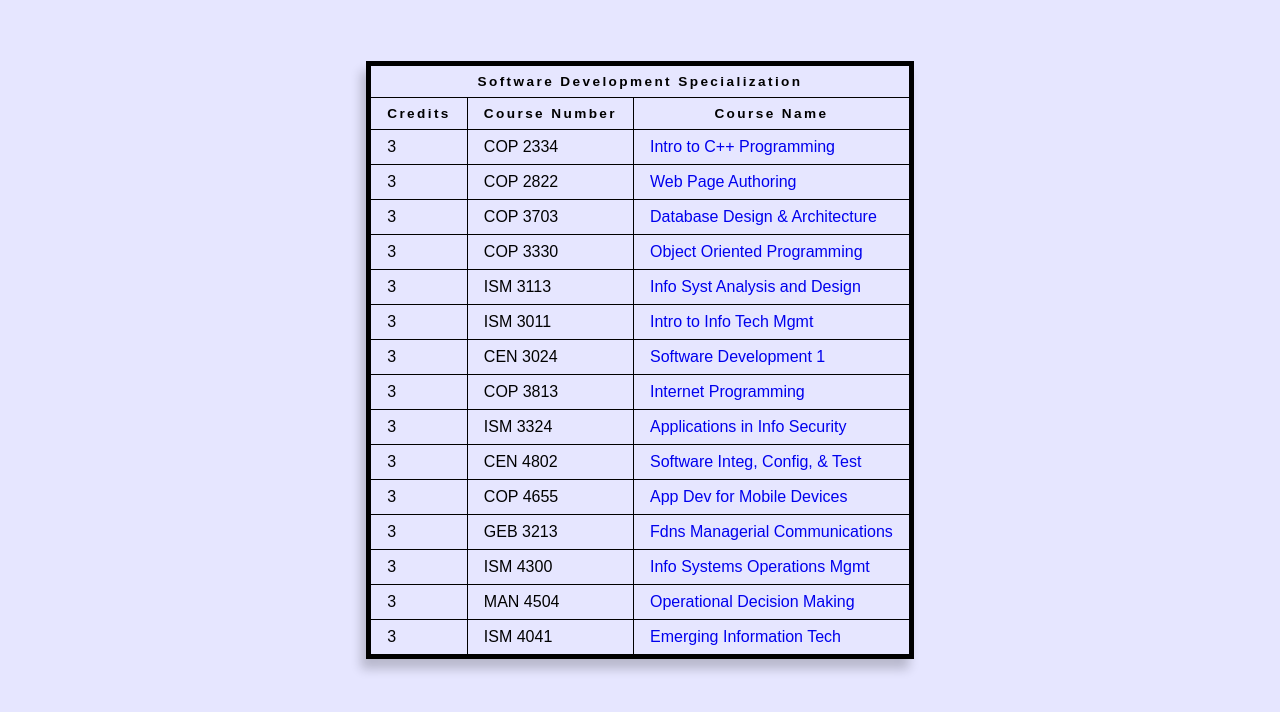
Repository: mlmEFSC21/P5-DegreeTableStyling
Page: FormattedProgramSpecialization3.html
An editor plug-in stored every save of this project. The page is shown before and after the next save, followed by the edit.
The browser window is 1280 px wide. The pictures show the whole page.
Some web fonts or font styles are not loaded; a fallback is used.

Above is the page before, as saved 2022-02-07 15:34:47.

### FormattedProgramSpecialization3.html
<!DOCTYPE html>
<html lang="en">
    <head>
        <meta charset="UTF-8" />
        <meta http-equiv="X-UA-Compatible" content="IE=edge" />
        <meta name="viewport" content="width=device-width, initial-scale=1.0" />
        <link rel="stylesheet" href="tableStyles.css" />
        <title>Degree Specialization Table</title>
    </head>
    <body>
        <table>
            <thead>
                <tr class="tableTitle">
                    <th colspan="3">Software Development Specialization</th>
                </tr>
                <tr class="colTitles">
                    <th>Credits</th>
                    <th>Course Number</th>
                    <th>Course Name</th>
                </tr>
            </thead>
            <tbody>
                <tr>
                    <td>3</td>
                    <td>COP 2334</td>
                    <td>
                        <a
                            href="https://bannerweb.easternflorida.edu/prod/bwckctlg.p_disp_course_detail?cat_term_in=202210&subj_code_in=COP&crse_numb_in=2334"
                            >Intro to C++ Programming</a
                        >
                    </td>
                </tr>
                <tr>
                    <td>3</td>
                    <td>COP 2822</td>
                    <td>
                        <a
                            href="https://bannerweb.easternflorida.edu/prod/bwckctlg.p_disp_course_detail?cat_term_in=202210&subj_code_in=COP&crse_numb_in=2822"
                            >Web Page Authoring</a
                        >
                    </td>
                </tr>
                <tr>
                    <td>3</td>
                    <td>COP 3703</td>
                    <td>
                        <a
                            href="https://bannerweb.easternflorida.edu/prod/bwckctlg.p_disp_course_detail?cat_term_in=202210&subj_code_in=COP&crse_numb_in=3703"
                            >Database Design & Architecture</a
                        >
                    </td>
                </tr>
                <tr>
                    <td>3</td>
                    <td>COP 3330</td>
                    <td>
                        <a
                            href="https://bannerweb.easternflorida.edu/prod/bwckctlg.p_disp_course_detail?cat_term_in=202210&subj_code_in=COP&crse_numb_in=3330"
                            >Object Oriented Programming</a
                        >
                    </td>
                </tr>
                <tr>
                    <td>3</td>
                    <td>ISM 3113</td>
                    <td>
                        <a
                            href="https://bannerweb.easternflorida.edu/prod/bwckctlg.p_disp_course_detail?cat_term_in=202210&subj_code_in=ISM&crse_numb_in=3113"
                            >Info Syst Analysis and Design</a
                        >
                    </td>
                </tr>
                <tr>
                    <td>3</td>
                    <td>ISM 3011</td>
                    <td>
                        <a
                            href="https://bannerweb.easternflorida.edu/prod/bwckctlg.p_disp_course_detail?cat_term_in=202210&subj_code_in=ISM&crse_numb_in=3011"
                            >Intro to Info Tech Mgmt</a
                        >
                    </td>
                </tr>
                <tr>
                    <td>3</td>
                    <td>CEN 3024</td>
                    <td>
                        <a
                            href="https://bannerweb.easternflorida.edu/prod/bwckctlg.p_disp_course_detail?cat_term_in=202210&subj_code_in=CEN&crse_numb_in=3024"
                            >Software Development 1</a
                        >
                    </td>
                </tr>
                <tr>
                    <td>3</td>
                    <td>COP 3813</td>
                    <td>
                        <a
                            href="https://bannerweb.easternflorida.edu/prod/bwckctlg.p_disp_course_detail?cat_term_in=202210&subj_code_in=COP&crse_numb_in=3813"
                            >Internet Programming</a
                        >
                    </td>
                </tr>
                <tr>
                    <td>3</td>
                    <td>ISM 3324</td>
                    <td>
                        <a
                            href="https://bannerweb.easternflorida.edu/prod/bwckctlg.p_disp_course_detail?cat_term_in=202210&subj_code_in=ISM&crse_numb_in=3324"
                            >Applications in Info Security</a
                        >
                    </td>
                </tr>
                <tr>
                    <td>3</td>
                    <td>CEN 4802</td>
                    <td>
                        <a
                            href="https://bannerweb.easternflorida.edu/prod/bwckctlg.p_disp_course_detail?cat_term_in=202210&subj_code_in=CEN&crse_numb_in=4802"
                            >Software Integ, Config, & Test</a
                        >
                    </td>
                </tr>
                <tr>
                    <td>3</td>
                    <td>COP 4655</td>
                    <td>
                        <a
                            href="https://bannerweb.easternflorida.edu/prod/bwckctlg.p_disp_course_detail?cat_term_in=202210&subj_code_in=COP&crse_numb_in=4655"
                            >App Dev for Mobile Devices</a
                        >
                    </td>
                </tr>
                <tr>
                    <td>3</td>
                    <td>GEB 3213</td>
                    <td>
                        <a
                            href="https://bannerweb.easternflorida.edu/prod/bwckctlg.p_disp_course_detail?cat_term_in=202210&subj_code_in=GEB&crse_numb_in=3213"
                            >Fdns Managerial Communications</a
                        >
                    </td>
                </tr>
                <tr>
                    <td>3</td>
                    <td>ISM 4300</td>
                    <td>
                        <a
                            href="https://bannerweb.easternflorida.edu/prod/bwckctlg.p_disp_course_detail?cat_term_in=202210&subj_code_in=ISM&crse_numb_in=4300"
                            >Info Systems Operations Mgmt</a
                        >
                    </td>
                </tr>
                <tr>
                    <td>3</td>
                    <td>MAN 4504</td>
                    <td>
                        <a
                            href="https://bannerweb.easternflorida.edu/prod/bwckctlg.p_disp_course_detail?cat_term_in=202210&subj_code_in=MAN&crse_numb_in=4504"
                            >Operational Decision Making</a
                        >
                    </td>
                </tr>
                <tr>
                    <td>3</td>
                    <td>ISM 4041</td>
                    <td>
                        <a
                            href="https://bannerweb.easternflorida.edu/prod/bwckctlg.p_disp_course_detail?cat_term_in=202210&subj_code_in=ISM&crse_numb_in=4041"
                            >Emerging Information Tech</a
                        >
                    </td>
                </tr>
            </tbody>
        </table>
    </body>
</html>

### tableStyles.css
@import url("https://fonts.googleapis.com/css2?family=Spectral:wght@400&display=swap");

:root {
    --clr-prime: #003c5e;
    --clr-second: #1a2028;
    --clr-accent: #8fb500;
    --clr-font-prime: #5b8ead;
    --clr-font-second: black;
    --clr-background: #e6e6ff;
}
*,
*::before,
*::after {
    margin: 0;
    padding: 0;
    box-sizing: border-box;
}
body {
    font-family: Spectral, sans-serif;
    height: 100vh;
    display: grid;
    align-items: center;
    justify-content: center;
    background-color: var(--clr-background);
}
caption {
    letter-spacing: 0.15rem;
    font-weight: 900;
}
table {
    border-collapse: collapse;
    box-shadow: -5px 10px 10px rgba(0, 0, 0, 0.2);
    border: 5px solid black;
    padding: 0.25rem;
}
thead {
    letter-spacing: 0.15rem;
    font-size: 0.85rem;
    font-weight: 900;
}
thead:first-child tr {
    font-size: 36;
    font-weight: bold;
    text-align: center;
}
th {
    border: 1px solid black;
    padding: 0.5rem 1rem;
}
td {
    border: 1px solid black;
    padding: 0.5rem 1rem;
    align-items: center;
    justify-content: center;
}
a {
    text-decoration: none;
}
a:hover {
    color: var(--clr-prime);
    text-decoration: underline;
}

After the next save:
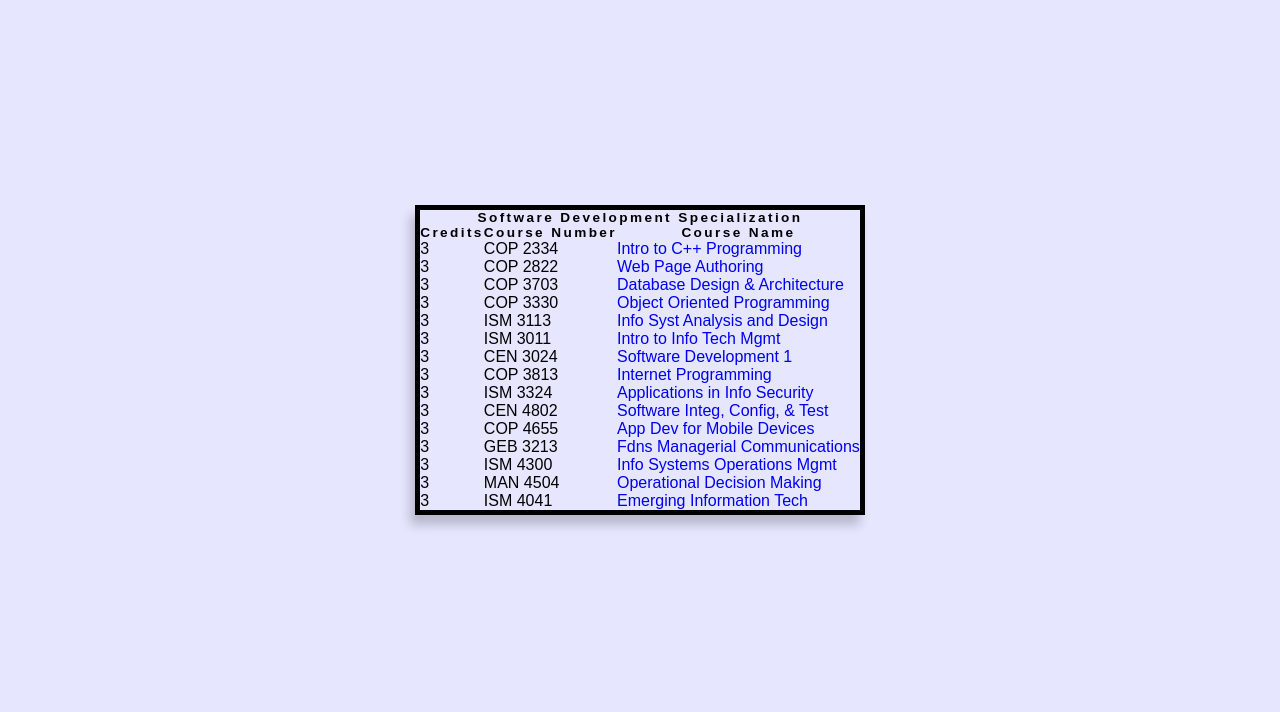
Saved 29 s later.
--- a/tableStyles.css
+++ b/tableStyles.css
@@ -38,12 +38,12 @@
     font-size: 0.85rem;
     font-weight: 900;
 }
-thead:first-child tr {
+thead:first-child {
     font-size: 36;
     font-weight: bold;
     text-align: center;
 }
-th {
+/* th {
     border: 1px solid black;
     padding: 0.5rem 1rem;
 }
@@ -52,7 +52,7 @@
     padding: 0.5rem 1rem;
     align-items: center;
     justify-content: center;
-}
+} */
 a {
     text-decoration: none;
 }

After the save that followed:
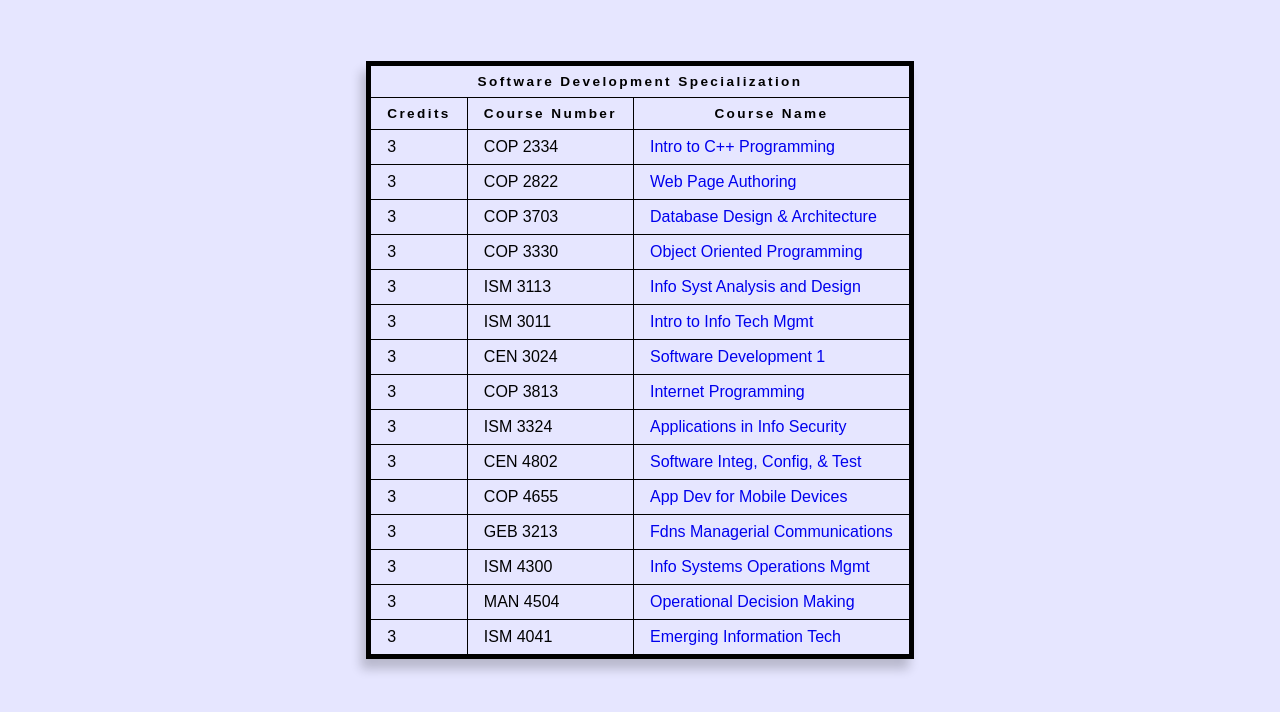
Saved 11 s later.
--- a/tableStyles.css
+++ b/tableStyles.css
@@ -38,12 +38,12 @@
     font-size: 0.85rem;
     font-weight: 900;
 }
-thead:first-child {
+thead:first-child tr {
     font-size: 36;
     font-weight: bold;
     text-align: center;
 }
-/* th {
+th {
     border: 1px solid black;
     padding: 0.5rem 1rem;
 }
@@ -52,7 +52,7 @@
     padding: 0.5rem 1rem;
     align-items: center;
     justify-content: center;
-} */
+}
 a {
     text-decoration: none;
 }
